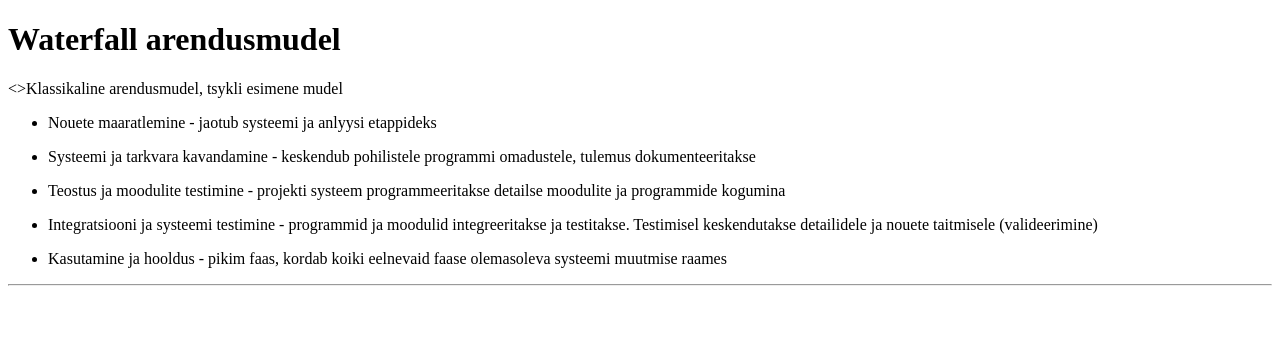
Repository: annemariv/Targe24
Page: elutsykkel/waterfall.html
The author's editor kept a copy of each file at every save. The page is drawn from the files as they stood at one save, then again after a run of saves.
The browser window is 1280 px wide. The pictures show the whole page.

Above is the page before, as saved 2024-11-06 18:51:06.

After the next 3 saves:
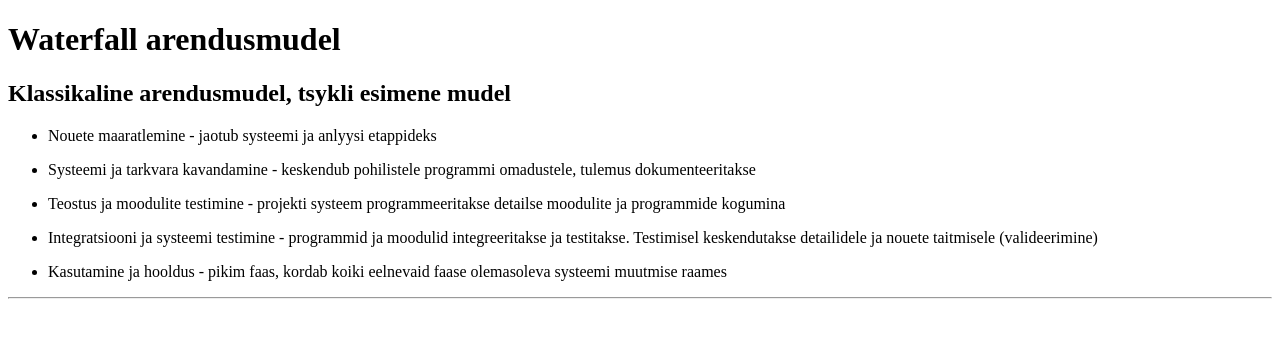
The 3 saves are shown as one change because they came seconds apart.
The last was saved 7 s later.
--- a/elutsykkel/waterfall.html
+++ b/elutsykkel/waterfall.html
@@ -14,8 +14,7 @@
         <!--tabel, mis loetleb head ja vead ()-->
     </p>
     <h1>Waterfall arendusmudel</h1>
-    <h2></h2>
-    <>Klassikaline arendusmudel, tsykli esimene mudel</>
+    <h2>Klassikaline arendusmudel, tsykli esimene mudel</h2>
     <ul>
         <li>
             <p>Nouete maaratlemine - jaotub systeemi ja anlyysi etappideks</p>
